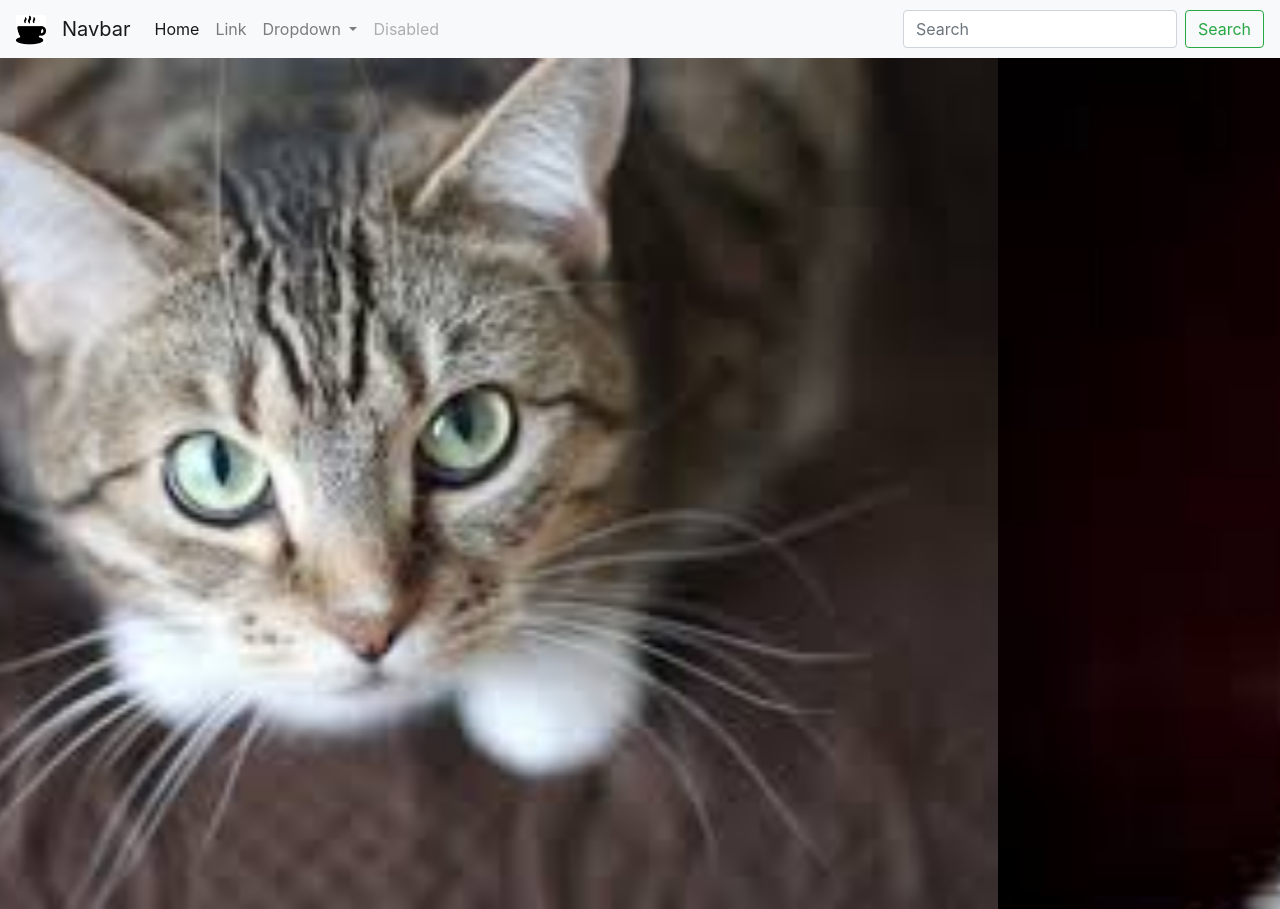
Repository: robertscirulis/galaDarbs
Page: index.html
These files come from the project's save history. The page is drawn as it stood at one moment and after the next save; the edit follows.
The browser window is 1280 px wide. The pictures show the whole page.

Above is the page before, as saved 2018-09-27 13:34:27.

After the next save:
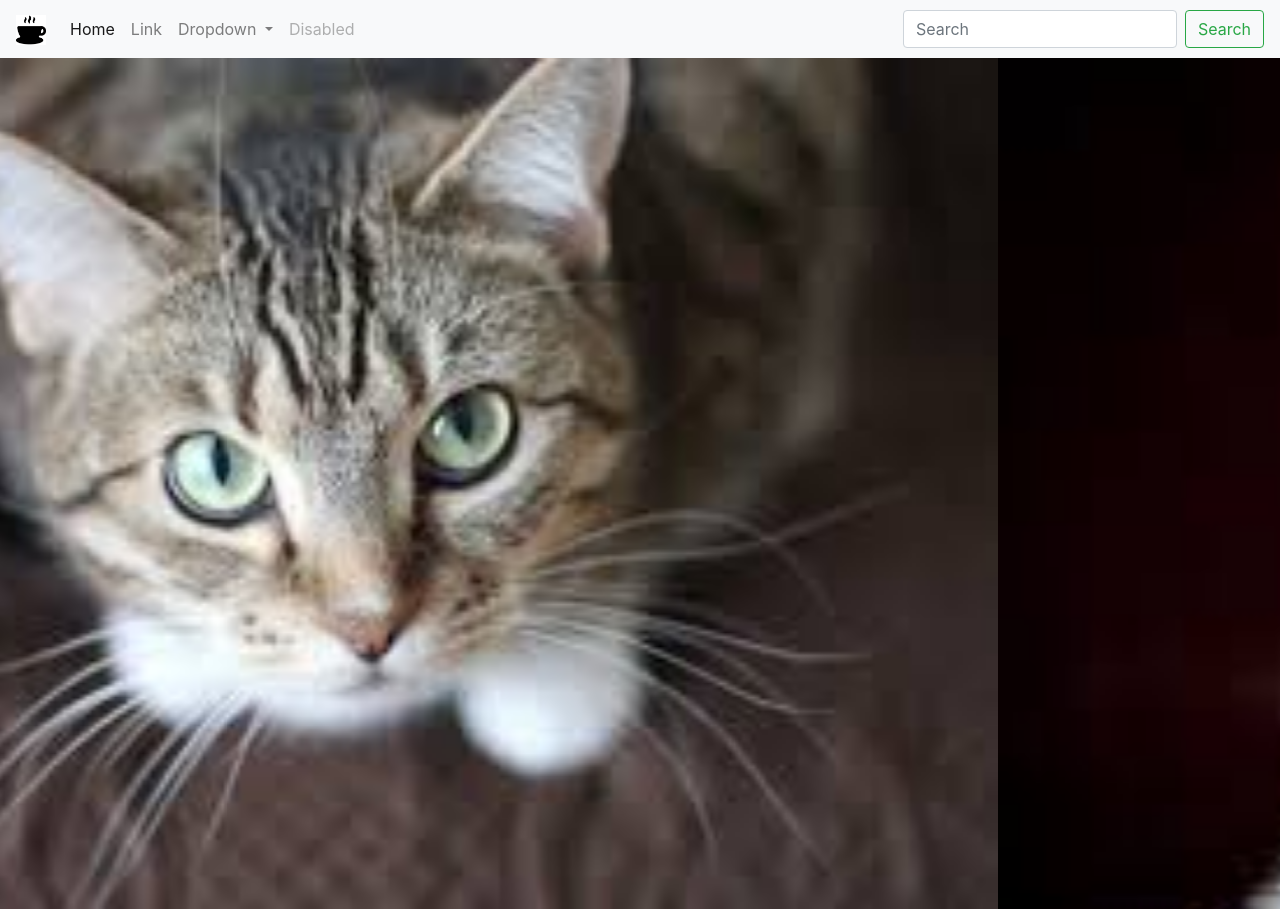
Saved 2 min 2 s later.
--- a/index.html
+++ b/index.html
@@ -17,7 +17,6 @@
             <img src="data:[embedded picture, 3642 characters]" width="30" height="30" alt="">
         </a>
 
-        <a class="navbar-brand" href="#">Navbar</a>
         <button class="navbar-toggler" type="button" data-toggle="collapse" data-target="#navbarSupportedContent" aria-controls="navbarSupportedContent"
             aria-expanded="false" aria-label="Toggle navigation">
             <span class="navbar-toggler-icon"></span>
